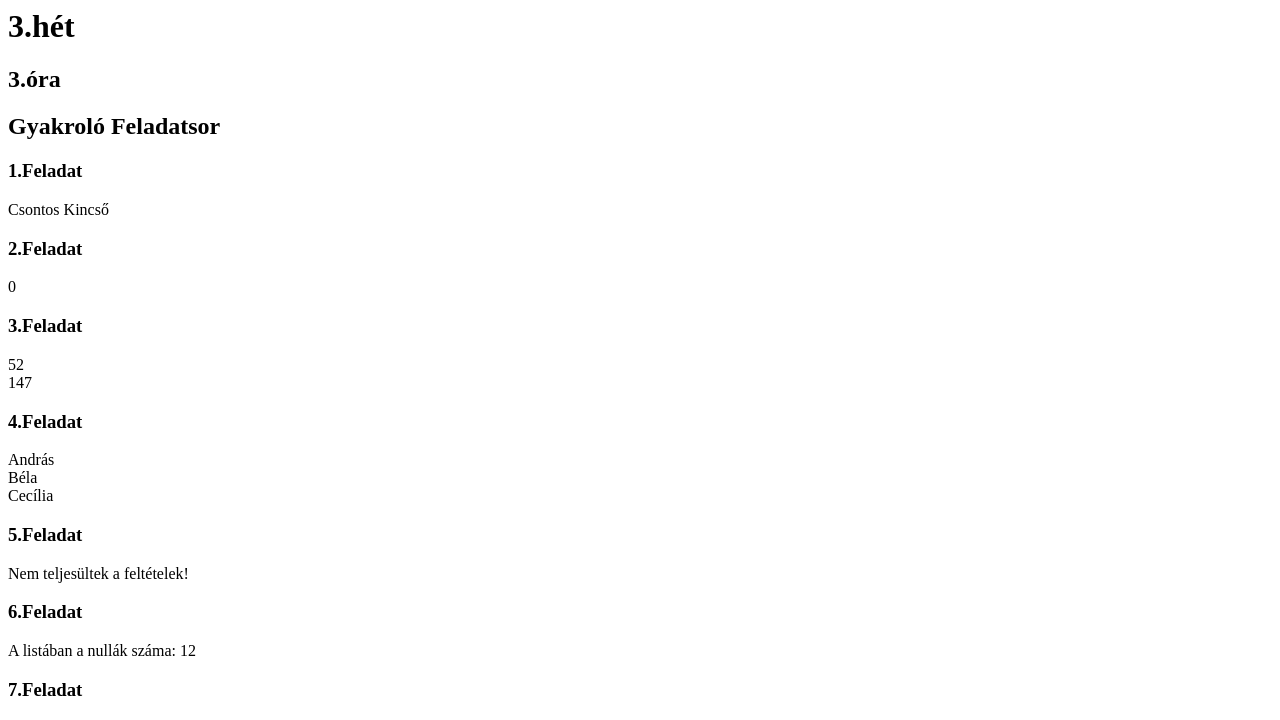
Repository: doomhyena/htdocs
Page: http://localhost/03.Week/feladat.php
These files come from the project's save history. The page is drawn as it stood at one moment and after the next save; the edit follows.
The browser window is 1280 px wide. The pictures show the whole page.
The page is run by PHP 8.4 with error messages shown; the project is at /var/www/html/.

Above is the page before, as saved 2024-09-20 13:25:11.

### 03.Week/feladat.php
<?php

// -----------------------------------------------------------------------------------------------------------------
// Harmadik óra 2024/09/09 PÉNTEK
// -----------------------------------------------------------------------------------------------------------------

echo "<h1>3.hét</h1>";
echo "<h2>3.óra</h2>";
echo "<h2>Gyakroló Feladatsor</h2>";

echo "<h3>1.Feladat</h3>";

echo "Csontos Kincső";

echo "<h3>2.Feladat</h3>";

$a = 5;
$b = 10;
$c = 3;

echo ($a + $b) % $c;

echo "<h3>3.Feladat</h3>";

$d = rand(0, 100);
$e = rand(0, 100);

echo $d + $c;
echo "<br>";
echo $d * $c;

echo "<h3>4.Feladat</h3>";

$list = array("András", "Béla", "Cecília");

for ($i = 0; $i < count($list); $i++) {
    echo $list[$i];
    echo "<br>";
}

echo "<h3>5.Feladat</h3>";

$lista = array();

$randomnumber = rand(1, 12);

if ($randomnumber < 10 && $randomnumber % 2 === 1) {
    array_push($lista, $randomnumber);
    print_r($lista);
} else {
    echo "Nem teljesültek a feltételek!";
}

echo "<h3>6.Feladat</h3>";

$listas = array();

for ($i = 0; $i < 100; $i++) {
    $rando = rand(0, 5);
    array_push($listas, $rando);
}

$nullak = 0;

for ($i = 0; $i < count($listas); $i++) {
    if ($listas[$i] === 0) {
        $nullak += 1;
    }
}
echo "A listában a nullák száma: $nullak";
echo "<br>";

echo "<h3>7.Feladat</h3>";

$kecske = array();

while(count($kecske) < 100) {
    $rando = rand(0, 1000);

    if(!in_array($rando, $kecske)) {
        array_push($kecske, $rando);
    }
} // Többdimenziós tömbök

$legkisebb = 1001;
$legnagyobb = -1;

for ($i = 0; $i < count($kecske); $i++) {
    // kód
    if($kecske[$i] < $legkisebb ) {
        $legkisebb = $kecske[$i];
    }
    if($kecske[$i] > $legnagyobb ) {
        $legnagyobb = $kecske[$i];
    }
}

After the next save:
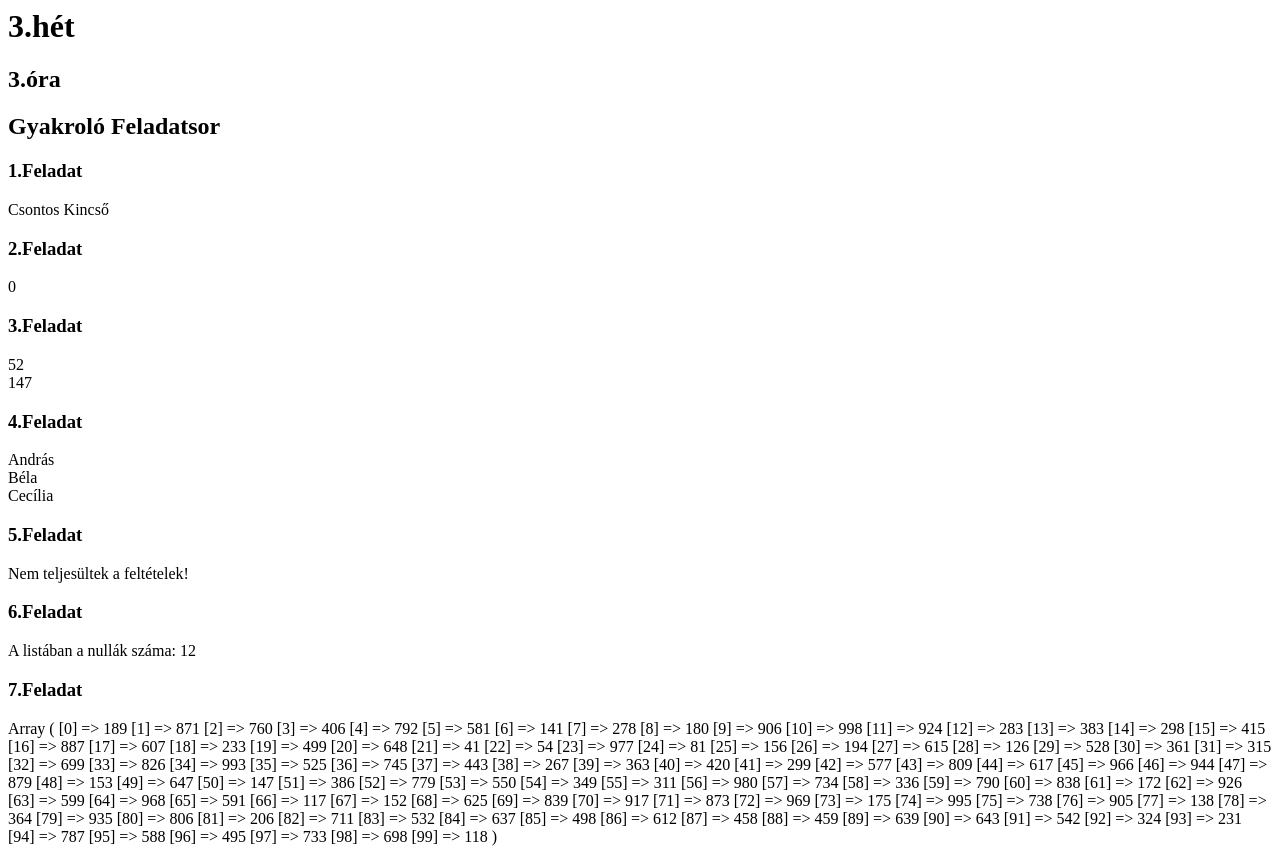
Saved 29 s later.
--- a/03.Week/feladat.php
+++ b/03.Week/feladat.php
@@ -94,3 +94,6 @@ for ($i = 0; $i < count($kecske); $i++) {
         $legnagyobb = $kecske[$i];
     }
 }
+
+print_r($kecske);
+echo "<br>";
